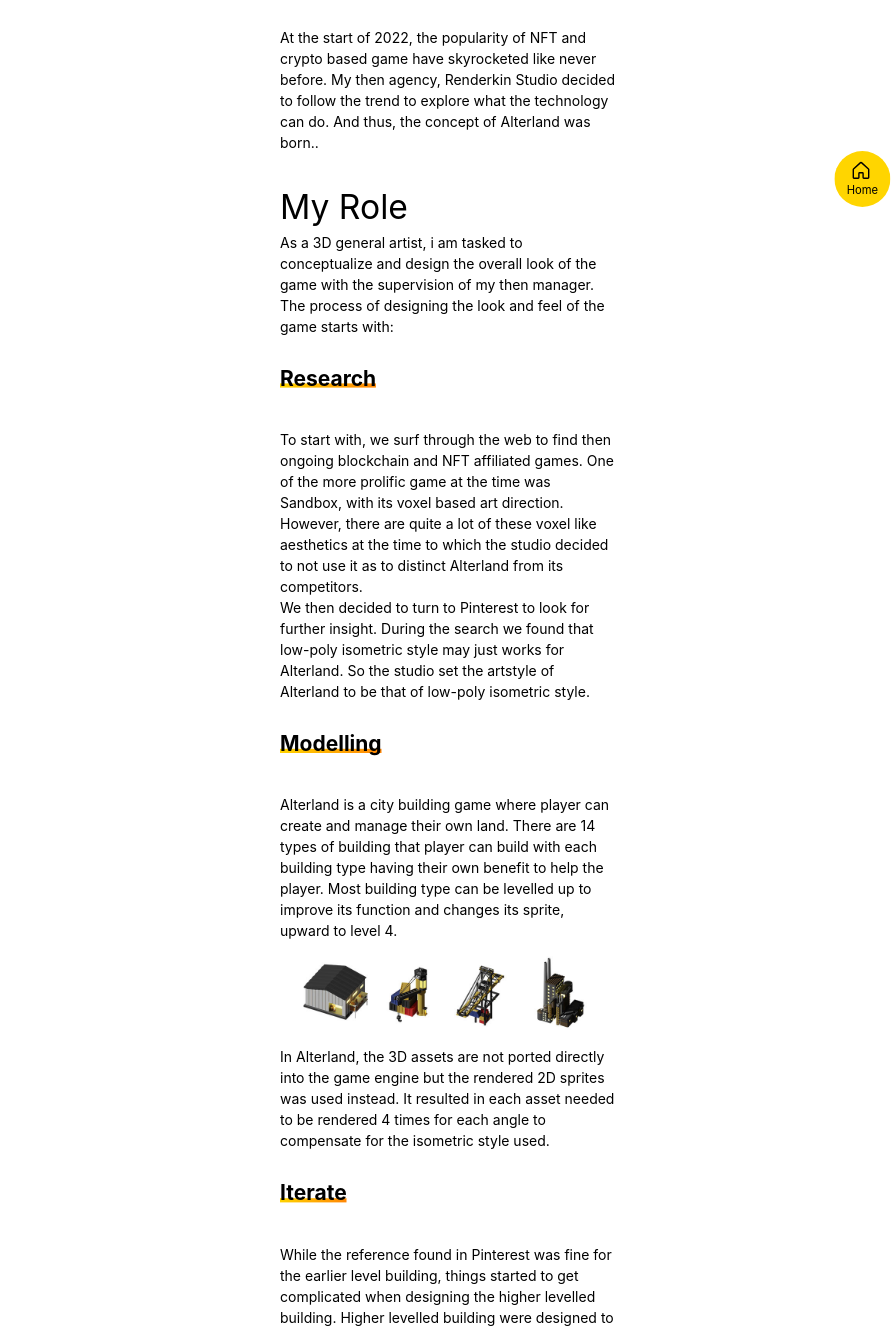
Repository: thortato/thortato.github.io
Page: /Alterland
The author's editor kept a copy of each file at every save. The page is drawn from the files as they stood at one save, then again after the next save.
The browser window is 1280 px wide. The pictures show the part of the page from y = 384 to 2284 px (the page is 3850 px tall), at 70% of full size.
The project was rebuilt for these pictures with package versions that can differ from the ones it lists, and the page was loaded fresh each time. Also part of the build but not shown: src/App.css, src/Pages/Sidebar.js, src/Components/HeroImage.js, src/Pages/HeroSection.js, src/Pages/About.js, src/Components/Card.js, src/Pages/Works.js, src/Pages/ContactMe.js and 2 more.

Above is the page before, as saved 2023-10-04 20:05:41.

### public/index.html
<!DOCTYPE html>
<html lang="en">
  <head>
    <meta charset="utf-8" />
    <link rel="icon" href="%PUBLIC_URL%/favicon.ico" />
    <meta name="viewport" content="width=device-width, initial-scale=1" />
    <meta name="theme-color" content="#000000" />
    <meta
      name="description"
      content="Web site created using create-react-app"
    />
    <link rel="apple-touch-icon" href="%PUBLIC_URL%/logo192.png" />
    <!--
      manifest.json provides metadata used when your web app is installed on a
      user's mobile device or desktop. See https://developers.google.com/web/fundamentals/web-app-manifest/
    -->
    <link rel="manifest" href="%PUBLIC_URL%/manifest.json" />
    <!--
      Notice the use of %PUBLIC_URL% in the tags above.
      It will be replaced with the URL of the `public` folder during the build.
      Only files inside the `public` folder can be referenced from the HTML.

      Unlike "/favicon.ico" or "favicon.ico", "%PUBLIC_URL%/favicon.ico" will
      work correctly both with client-side routing and a non-root public URL.
      Learn how to configure a non-root public URL by running `npm run build`.
    -->
    <title>Javic's Portfolio Site</title>
  </head>
  <body>
    <noscript>You need to enable JavaScript to run this app.</noscript>
    <div id="root"></div>
    <!--
      This HTML file is a template.
      If you open it directly in the browser, you will see an empty page.

      You can add webfonts, meta tags, or analytics to this file.
      The build step will place the bundled scripts into the <body> tag.

      To begin the development, run `npm start` or `yarn start`.
      To create a production bundle, use `npm run build` or `yarn build`.
    -->
  </body>
</html>

### src/index.js
import React from 'react';
import ReactDOM from 'react-dom/client';
import './index.css';
import App from './App';
import { BrowserRouter } from 'react-router-dom';
import reportWebVitals from './reportWebVitals';

const root = ReactDOM.createRoot(document.getElementById('root'));
root.render(
  <React.StrictMode>
    <BrowserRouter>
      <App />
    </BrowserRouter>

  </React.StrictMode>
);

// If you want to start measuring performance in your app, pass a function
// to log results (for example: reportWebVitals(console.log))
// or send to an analytics endpoint. Learn more: https://bit.ly/CRA-vitals
reportWebVitals();

### src/index.css


body {
  margin: 0;
  font-family: -apple-system, BlinkMacSystemFont, 'Segoe UI', 'Roboto', 'Oxygen',
    'Ubuntu', 'Cantarell', 'Fira Sans', 'Droid Sans', 'Helvetica Neue',
    sans-serif;
  -webkit-font-smoothing: antialiased;
  -moz-osx-font-smoothing: grayscale;
}

code {
  font-family: source-code-pro, Menlo, Monaco, Consolas, 'Courier New',
    monospace;
}

@tailwind base;
@tailwind components;
@tailwind utilities;
@import url('https://fonts.googleapis.com/css2?family=Inter:wght@400;600&display=swap');

### src/App.js
import './App.css';
import './Components/Content.css';
import Sidebar from './Pages/Sidebar.js';
import Home from './Pages/Home';
import Footer from './Pages/Footer';
import ScrolltoTop from './ScrolltoTop';
import { Routes, Route} from 'react-router-dom';
import {WorkAlterland} from './Pages/Works/Work_Alterland.js';
import {WorkIntotheForest} from'./Pages/Works/Work_IntotheForest.js';


function App() {
  return (
    <>
        {/* <Sidebar /> */}
        <div className='flex flex-col '>
        <ScrolltoTop/>
        <Routes>
          <Route path='/' element={<Home/>} />
          <Route path='Alterland' element={<WorkAlterland/>} />
          <Route path='IntotheForest' element={<WorkIntotheForest/>} />
        </Routes>
        <Footer/>
        </div>



    </>
  );
}

export default App;

### src/Components/Content.css

html{
    /* scroll-snap-type: y mandatory;
    scroll-behavior: smooth; */
    font-family: 'Inter', sans-serif;
}

h1{
    font-size: 3rem;
    font-family: 'Inter', sans-serif;
}

h2{
    font-size: 2.5rem;
}

p{
    font-size: 1.25rem;
    font-weight: 400;
}


@media screen and (min-width:320px) and (max-width:480px) {
    .header{
        height: 150vh ;
        display: flex;
        align-items: center;
        justify-content: center;
        overflow: hidden;
    }

    .hero-container{
        width: 100%;
        padding: 10rem;
        display: flex;
        flex-direction: column;
    }

    .header-hero-text{
        animation-name: headerAnim;
        animation-duration: 2s;
    }

    .header-hero-text h1{
        font-size: 4rem;
        word-wrap:normal;
        font-weight: 900;
        line-height: 90%;
        margin-top: -60vh;
        /* text-align: center; */
    }

    .header-hero-image{
        translate: -15rem -10rem;
        transform: scale(.7);
        margin-top: -20%;
    }

    .header-effect{
        z-index: 0;
        animation: ScaleAnim;
        animation-duration: 2s;
        transform: scale(.7);
        position: absolute;
    }

    .header-robot{
        z-index: 1;
        animation: SlideAnim;
        animation-duration: 2s;
        transform: scale(.7);
        position: absolute;

    }

    .header-bomb{
        z-index:3;
        animation: SlideAnim;
        animation-duration: 3s;
        transform: scale(.7);
        position: absolute;
    }


}

@media screen and (min-width:640px){
    .header{
        /* scroll-snap-align: center;
        scroll-behavior:smooth; */
        height: 700px;
        width: 100vw;
        display: flex;
        align-items: center;
        justify-content: center;
        overflow: hidden;
    }

    .hero-container{
        width: 1000px;
        display: flex;
        align-items: center;
        justify-content: center;
        flex-direction: row;
        /* padding: 1rem; */
    }

    .header-hero-text h1{
        font-size: 6rem;
        font-weight: 900;
        line-height: 90%;
        /* margin-top: -25rem; */
        /* text-align: center; */
    }

    .header-hero-text p{
        margin-top: -3rem;
    }

    .header-hero-text, .header-hero-image{
        flex: 1;
        width: 30rem;
        height: 30rem;
        margin: auto;
        /* padding: 10px; */

    }

    .header-hero-text{
        animation-name: headerAnim;
        animation-duration: 2s;
    }

    .header-hero-image{
        translate: -9em -10em;
        transform: scale(.7);

    }

    /* Illustration Start */
    .header-effect{
        z-index: 0;
        animation: ScaleAnim;
        animation-duration: 2s;
        position: absolute;
        overflow: hidden;
    }

    .header-robot{
        z-index: 1;
        animation: SlideAnim;
        animation-duration: 2s;
        position: absolute;
        overflow: hidden;
    }

    .header-bomb{
        z-index:3;
        animation: SlideAnim;
        animation-duration: 3s;
        position: absolute;
        overflow: hidden;
    }
}



/* Illustration Animation Starts */
@keyframes headerAnim{
    0%{
        opacity: 0;
        translate: 0px 20px;
    }
    100%{
        opacity: 1;
        translate: 0px  0px;
    }
}

@keyframes SlideAnim{
    0%{
        translate: 60rem 0px;
    }

    5%{
        translate: 50rem 0px;
    }

    100%{
        translate: 0px 0px;
    }
}

@keyframes ScaleAnim{
    0%{
        transform: scale(0);
    }
    25%{
        transform: scale(.8rem);
    }
    100%{
        transform: scale(1rem);
    }
}
/* Illustration Animation End */


/* About */
@media screen and (min-width:320px) and (max-width:480px) {
    .about{
        display: flex;
        align-items: center;
        justify-content: center;
        height:130vh;
        margin-top: -50%;
        padding: 1rem;
    }

    .about-container{
        /* width: 100vw; */
        display: flex;
        flex-direction: column-reverse;
        z-index: 1;
    }

    .about-profile-picture, .about-profile-image{
        flex: 1;
        padding: 1rem;
        width:90%;
        border-radius: 100%;
    }

    .about-profile-description{
        flex:1;
        padding: 1rem;
        margin-top: -80px;
        display: flex;
        flex-direction: column;
        justify-content: center;
    }

    .about-profile-description-Sub{
        margin-top: -2rem;
    }

    .about-underline{
        background-image: linear-gradient(120deg, #ffd500 0%, #ff8605 100%);
        background-repeat: no-repeat;
        background-size: 100% 0.2em;
        background-position: 0 88%;
        transition: background-size 0.25s ease-in;
        &:hover {
            background-size: 100% 88%;

        }
    }
}

@media screen and (min-width:640px){
    .about{
        display: flex;
        align-items: center;
        justify-content: center;
        scroll-snap-align: center;
        margin-top: 10%;
        height:100%;
    }

    .about-container{
        width: 60rem;
        display: flex;
        flex-direction: row;
        z-index: 1;
    }

    .about-profile-picture, .about-profile-image{
        flex: 1;
        padding: 1rem;
        border-radius: 100%;
    }

    .about-picture-background{
        background-color: #ffd500;
        width: 1000px;
        height: inherit;
        transform: translateX(-100%);
        z-index: -99999;
        position: inherit;
    }

    .about-profile-description{
        flex:1;
        padding: 20px;
        margin-top: -80px;
        display: flex;
        flex-direction: column;
        justify-content: center;
    }

    .about-profile-description-Sub{
        margin-top: -20px;
    }

    .about-underline{
        background-image: linear-gradient(120deg, #ffd500 0%, #ff8605 100%);
        background-repeat: no-repeat;
        background-size: 100% 0.2em;
        background-position: 0 88%;
        transition: background-size 0.25s ease-in;
        &:hover {
            background-size: 100% 88%;

        }
    }

}

/* About Ends */

/* Works Starts */
.card-container{
    background-color: #ffd500;
    width: 22rem;
    height: 25rem;
    align-items: center;
    justify-content: center;
    /* margin-bottom: 20px; */
}

.card-container:hover{
    transform: scale(1.05);
    transition: all .2s ease-in-out;
    filter: drop-shadow(0 0 .25rem rgb(42, 42, 42));
}

.card-thumbnail{
    width: inherit;
    height: 12rem;
    margin-bottom: 10px;
}

.card-title{
    font-size: 1.5rem;
    font-weight: 750;
}

.card-caption{
    margin-bottom: 10%;
}

.card-title, .card-caption{
    margin-left: 5%;
}

@media screen and (min-width:320px) and (max-width:480px) {
    .works{
        display: flex;
        align-items: center;
        justify-content: space-around;
        flex-direction: column;
        margin-top: 10%;
        height: 100%;
    }

    .work-containers{
        display: flex;
        max-width: 80%;
        align-items: center;
        justify-content: center;
        gap: 2rem;
        flex-direction: column;
        padding: 2rem;
    }
}

@media screen and (min-width:640px) {
    .works{
        display: flex;
        align-items: center;
        justify-content: center;
        flex-direction: column;
        margin: 4rem 0;
        height: 40rem;
    }

    .work-containers{
        display: flex;
        justify-content: center;
        width: 85em;
        align-self: center;
        flex-direction: row;
        padding: 1rem;
        gap: 5rem;

    }
}
/* Works Ends */

/* ContactMe Starts */
@media screen and (min-width:320px) and (max-width:480px) {
    .contactMe{
        display: flex;
        align-items: center;
        justify-content: center;
        flex-direction: column;
        background-image: linear-gradient(120deg, #ffd500 0%, #ff8605 100%);
        background-repeat: no-repeat;
        height: 40rem;
        width: 100vw;
        font-family: 'Inter', sans-serif;
    }

    .contactMe-caption{
        font-size: 2.5rem;
        font-weight: 800;
        padding: 1rem;
        text-align: center;
    }
}

@media screen and (min-width:640px){
    .contactMe{
        display: flex;
        align-items: center;
        justify-content: center;
        flex-direction: column;
        background-image: linear-gradient(120deg, #ffd500 0%, #ff8605 100%);
        background-repeat: no-repeat;
        height: 40rem;
        width: 100vw;
        font-family: 'Inter', sans-serif;
    }

    .contactMe-caption{
        font-size: 2.5rem;
        font-weight: 800;
        padding: 1rem;
    }
}

.contactMe-button{
    background-color: black;
    color: white;
    border-radius: 16px;
    padding: 8px;
    width:10rem;
}

.footer{
    background-color: #f2f2f2;
    width: 100vw;
    height: 6rem;
    display: flex;
    flex-direction: row;
    align-items: center;
    justify-content: center;
    font-family: 'Inter', sans-serif;
}

### src/Pages/Footer.js
import '../Components/Content.css';

export default function Footer(){
    return(
        <div>
            <div className="footer">
                    Built by Javic Rotanson. Inspired by Yo-star.com
            </div>
        </div>
    );

}


// .footer{
//     background-color: #f2f2f2;
//     width: 100vw;
//     height: 6rem;
//     display: flex;
//     flex-direction: row;
//     align-items: center;
//     justify-content: center;
//     font-family: 'Inter', sans-serif;
// }

### src/Pages/Works/Work_Alterland.js
import "./../../Components/Content.css";
import "./works.css";
import { Link } from "react-router-dom";
import HeroIllustration from "../../Assets/Image/Hero_Alterland.png";
import MayorsIllustration from "./../../Assets/Image/Alterland_Asset/Mayors.png";
import LevelIllustration from "./../../Assets/Image/Alterland_Asset/PowerLv1_Lv4.jpg";
import ComparisonIllustration from "./../../Assets/Image/Alterland_Asset/AlterlandComparison.jpg";
import { HomeButton } from "../../Components/HomeButton";

export function WorkAlterland() {
  return (

    <div>
      <HomeButton/>
        <div className="relative">
      {/* Image */}
      <img
        className="brightness-50 w-full md:h-96"
        src={HeroIllustration}
        alt="Hero Illustration"
      />

      {/* Text */}
      <div className="absolute top-8 md:top-32 left-0 right-0 text-center white-text font-bold">
        <h1>Alterland</h1>
        <p>City Building Game</p>
        <p>January 2022 - May 2022</p>
      </div>
    </div>

      <div className="flex flex-col gap-10 px-5 md:px-[400px] mt-10">
        <div>
          <p>
            At the start of 2022, the popularity of NFT and crypto based game
            have skyrocketed like never before. My then agency, Renderkin Studio
            decided to follow the trend to explore what the technology can do.
            And thus, the concept of Alterland was born..
          </p>
        </div>

        <div>
          <h1>My Role</h1>
          <p>
            As a 3D general artist, i am tasked to conceptualize and design the
            overall look of the game with the supervision of my then manager.
          </p>
          <p>
            The process of designing the look and feel of the game starts with:
          </p>
        </div>
        <div>
          <h2 className="text-3xl font-bold md:mb-14">
            <span className="highlight">Research</span>
          </h2>
          <p>
            To start with, we surf through the web to find then ongoing
            blockchain and NFT affiliated games. One of the more prolific game
            at the time was Sandbox, with its voxel based art direction.
            However, there are quite a lot of these voxel like aesthetics at the
            time to which the studio decided to not use it as to distinct
            Alterland from its competitors.
          </p>
          <p>
            We then decided to turn to Pinterest to look for further insight.
            During the search we found that low-poly isometric style may just
            works for Alterland. So the studio set the artstyle of Alterland to
            be that of low-poly isometric style.
          </p>
        </div>
        <div>
          <h2 className="text-3xl font-bold md:mb-14">
            <span className="highlight">Modelling</span>
          </h2>
          <p>
            Alterland is a city building game where player can create and manage
            their own land. There are 14 types of building that player can build
            with each building type having their own benefit to help the player.
            Most building type can be levelled up to improve its function and
            changes its sprite, upward to level 4.
          </p>
          <img src={LevelIllustration} alt="Level" className="p-5" />
          <p>
            In Alterland, the 3D assets are not ported directly into the game
            engine but the rendered 2D sprites was used instead. It resulted in
            each asset needed to be rendered 4 times for each angle to
            compensate for the isometric style used.
          </p>
        </div>
        <div>
          <h2 className="text-3xl font-bold md:mb-14">
            <span className="highlight">Iterate</span>
          </h2>
          <p>
            While the reference found in Pinterest was fine for the earlier
            level building, things started to get complicated when designing the
            higher levelled building. Higher levelled building were designed to
            look more complex to make the player feel the progression they made
            when upgrading buildings.
          </p>
          <p>
            These complexity of course, runs against the aforementioned low-poly
            style. We decided to use SimCity as example for higher levelled
            building while slightly compensating the complexity for a more
            casual low-poly style.
          </p>
          <img src={ComparisonIllustration} alt="Comparison" className="p-5" />
        </div>
        <div>
          <h2 className="text-3xl font-bold md:mb-14">
            <span className="highlight">Result</span>
          </h2>
          <p>
            Over the course of three months, I created approximately 65 assets
            for the game, each crafted with shading, texturing and lighting
            effects. Additionally, I've also created six character portraits
            intended for in-game uses.
          </p>
          <p>
            However, as the hype surrounding NFTs and crypto dwindled down, this
            project was sadly suspended indefinitely. Nevertheless, as my first
            project I am grateful for the experience gained and the opportunity
            to enhance my 3D skills through my involvement in the Alterland
            project.
          </p>
          <img src={MayorsIllustration} alt="Mayor" className="p-5 mb-20" />
        </div>
      </div>
    </div>
  );
}

### src/Components/Sidebar.css
/* @import url('https://fonts.googleapis.com/css?family=Josefin+Sans'); */

.sidebar{
    font-family: 'Josefin Sans';
    background-color: rgb(255, 205, 22);
    width: 20%;
    height: 100%;
    position:fixed!important;
    z-index:5;
    overflow: auto;
    display: flex;
    flex-direction: column;
    transform-origin: 0%;
    filter: drop-shadow(5px 0 15px #454545);


  }

a:link { text-decoration: none; }

a:visited { text-decoration: none; color: #000000; }

a:hover { text-decoration: none; }

a:active { text-decoration: none; }

.collapse{
  transform: translateX(-110%);
  transition: 0.5s ease;
}

.toggle{
  transform: translateX(0%);
  transition: 0.5s ease;
}

.option{
  display: flex;
  margin:0 0;
  padding: 20px 0 20px 20px;
  font-size: 20px;
  gap: 8px;
  align-items:center ;

}

.option:hover{
  background-color: black;
  padding: 20px 0 20px 20px;
  margin: 0 0;
  color: white;
  transition: background-color 0.5s ease
}

.subtitle{
  font-size: 200%;
  font-weight: 500;
  margin-left: 20px;
  font-weight: 1000;
  display: flex;
  align-items: center;
}

.toggleButton{
  background:none;
  border: none;
  color: antiquewhite;
  font-size: 30px;
  margin-left: 20px;
  margin-top: 20px;
  position: fixed;

}

.closeButton{
  background:none;
  border: none;
  font-size: 30px;
  margin-left: 100px;
}

.buttonALign{
  bottom: 50px;
}

### src/Pages/Works/works.css
.hero-banner{
    height: 25rem;
    width: 100vw;
    filter: brightness(50%);
}

.text{
    position: absolute;
    top: 0;
    bottom: 0;
    left: 0;
    right: 0;
    display: flex;
    align-items: center;
    color: #f2f2f2;
    flex-direction: column;
    filter: drop-shadow(10px 10px 10px #404040);
}

.text > h1{
    font-size: 6rem;
    margin-bottom: 0px;
}

.text > p{
    font-size: 1rem;
    margin: 0px auto;

}


.description-container{
    display: flex;
    flex-direction: column;
    justify-content: center;
    align-items: center;

}

.text-container{
    display: flex;
    flex-direction: column;
    padding: 0 6rem;
    justify-content: center;
    /* align-items: center; */
    /* flex: 7; */

}

/* .section-row{
    display: flex;
    flex-direction: row;
    justify-items: center;
    height: auto;
    padding: 10px;
    width: 1000px;
} */

.section-column{
    display: flex;
    flex-direction: column;
    justify-content: center;
    height: auto;
    padding: 10px;
    width: 60rem;
}

.image{
    margin: 5rem;
    z-index: 5;
}

.work-header{
    position: relative;
}

.highlight{
    background-image: linear-gradient(120deg, #ffd500 0%, #ff8605 100%);
    background-repeat: no-repeat;
    background-size: 100% 0.2em;
    background-position: 0 88%;
}

.white-text{
    color: white;
}

### src/Components/HomeButton.js
import { House} from "phosphor-react";
import { Link } from "react-router-dom";

export const HomeButton = () =>{
    return(
        <div className="bg-amber w-20 h-20 mx-auto rounded-full fixed bottom-10 right-2 flex items-center justify-center z-50" >
            <Link to="/">
            <House className="ml-1" size={32}/>
            Home
            </Link>
        </div>
    );
}

### tailwind.config.js
/** @type {import('tailwindcss').Config} */
module.exports = {
  content: [
    "./src/**/*.{js,jsx,ts,tsx}",
  ],
  theme: {
    extend: {},
    colors:{
      "amber" : "#FFD500"
    },
    fontFamily: {
      // sans: ['"Montserrat"', 'sans-serif'],
      sans: ['"Inter"', "sans-serif"],
    },
  },
  plugins: [],
}

Loaded but not shown: src/reportWebVitals.js (common file); src/ScrolltoTop.js (common file)

After the next save:
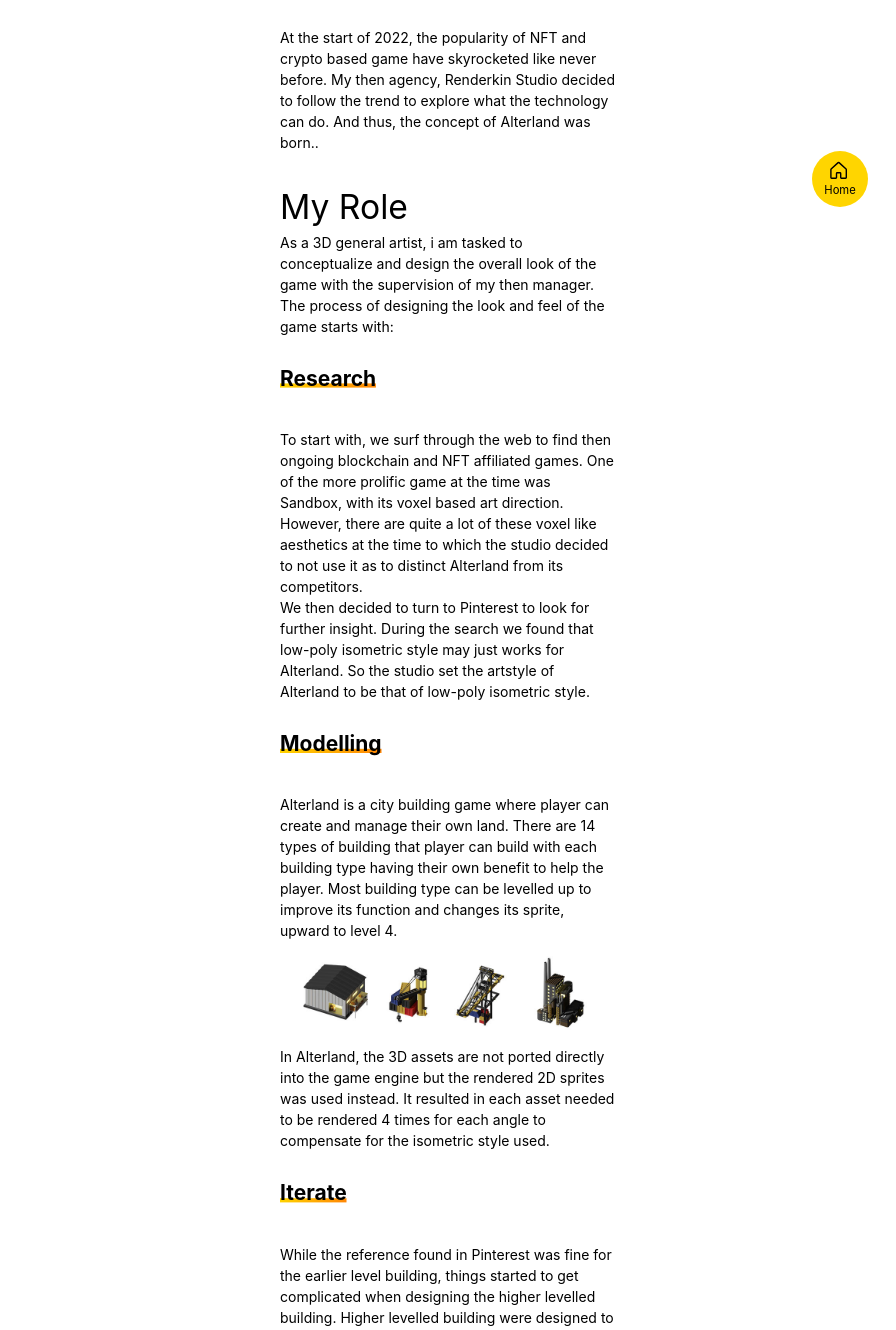
Saved 5 s later.
--- a/src/Components/HomeButton.js
+++ b/src/Components/HomeButton.js
@@ -3,7 +3,7 @@
 
 export const HomeButton = () =>{
     return(
-        <div className="bg-amber w-20 h-20 mx-auto rounded-full fixed bottom-10 right-2 flex items-center justify-center z-50" >
+        <div className="bg-amber w-20 h-20 mx-auto rounded-full fixed bottom-10 right-10 flex items-center justify-center z-50" >
             <Link to="/">
             <House className="ml-1" size={32}/>
             Home
